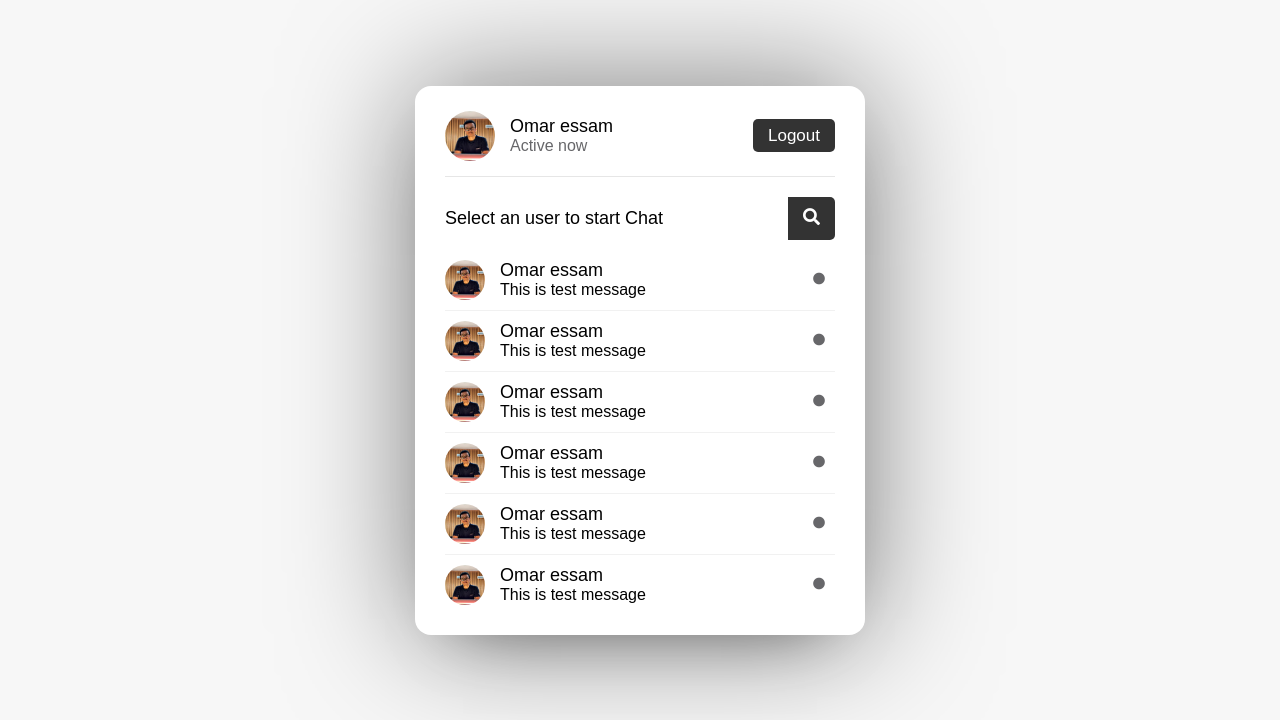
Repository: OmarEssameldinMousa/Chat-Application
Page: http://localhost/users.php
The author's editor kept a copy of each file at every save. The page is drawn from the files as they stood at one save, then again after the next save.
The browser window is 1280 px wide. The pictures show the whole page.
The page is run by PHP 8.4 with error messages shown; the project is at /var/www/html/.

Above is the page before, as saved 2023-09-23 02:35:37.

After the next save:
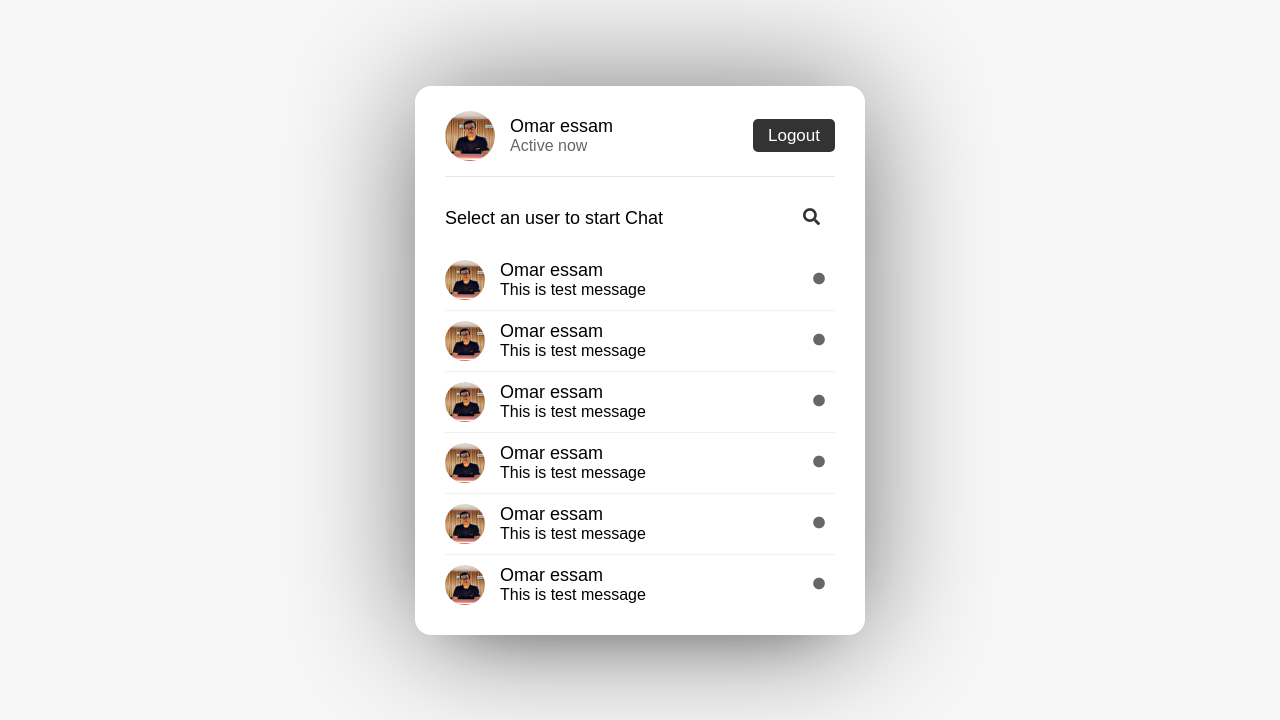
Saved 16 s later.
--- a/css/style.css
+++ b/css/style.css
@@ -216,8 +216,8 @@ form .name-details .field:last-child {
     height: 43px;
     border: none;
     outline: none;
-    color: #fff;
-    background-color: #333;
+    color: #333;
+    background-color: #fff;
     border-radius: 0 5px 5px 0;
     cursor: pointer;
     font-size: 17px;
